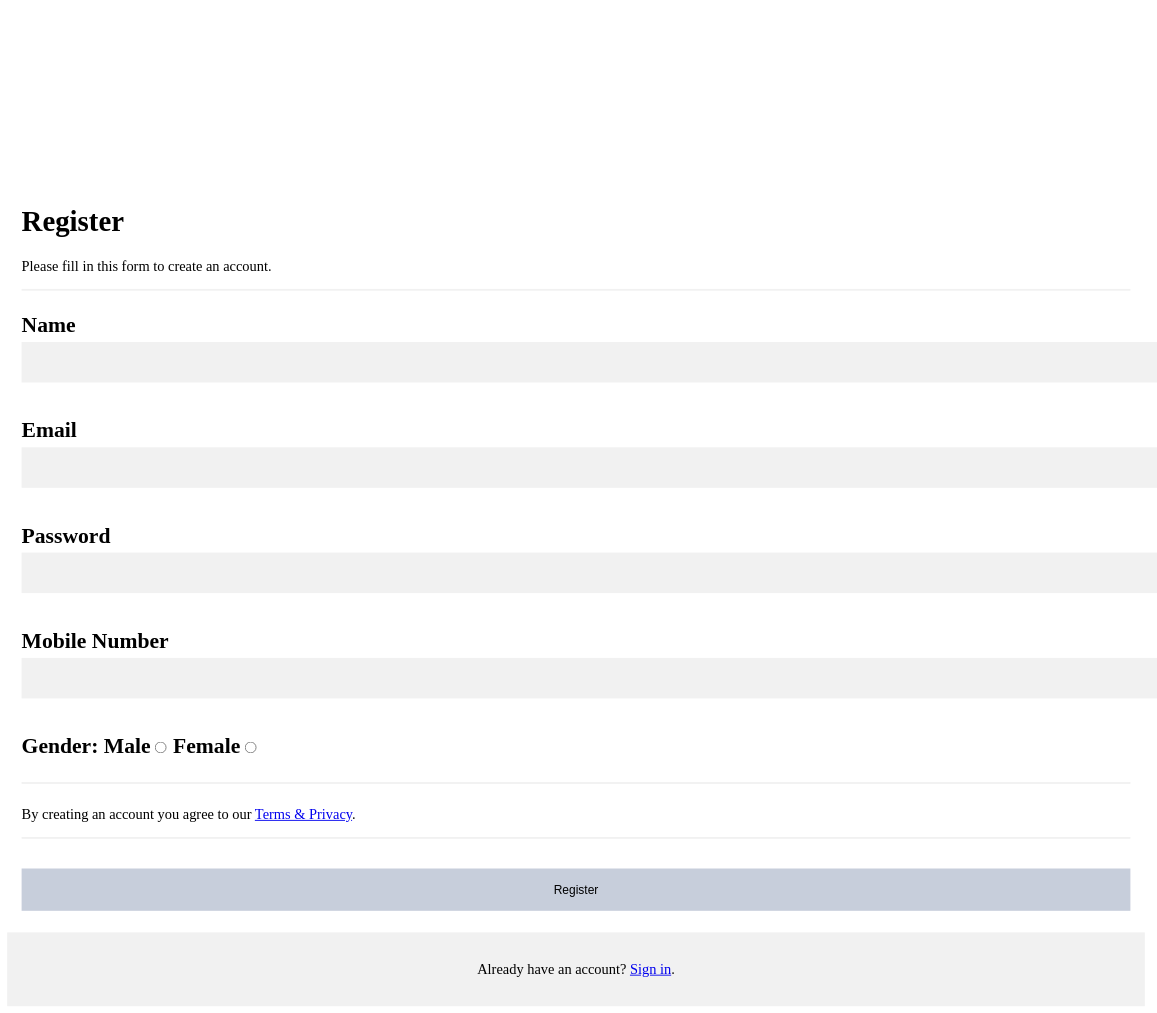
Repository: pavani122/Ecommerce
Page: http://localhost/Ecommerce/WEB-INF/view/register.jsp
An editor plug-in stored every save of this project. The page is shown before and after the next save, followed by the edit.
The browser window is 1280 px wide. The page is 1286 px wide, so the pictures cover 1286 px, including what lies to the right of the window. The pictures show the whole page, at 90% of full size.
The page is served by Tomcat 9. Nobody is signed in. Other server files are loaded and not shown. The template is opened directly, without the code that normally fills it, so the values that code supplies are empty.

Above is the page before, as saved 2022-09-01 13:11:47.

### Ecommerce/src/main/webapp/WEB-INF/view/register.jsp
<%@ page language="java" contentType="text/html; charset=ISO-8859-1"
    pageEncoding="ISO-8859-1"%>
<%@ taglib prefix="form" uri="http://www.springframework.org/tags/form" %>
<%@page isELIgnored="false" %>



<!DOCTYPE html>
<html>
<head>
<meta charset="ISO-8859-1">
<title>register</title>
</head>
<style>
.register{
text-align: center;
}
.container {
  padding: 16px;
  background-color: white;
}
hr {
  border: 1px solid #f1f1f1;
  margin-bottom: 25px;
}
input[type=text], input[type=password] {
  width: 100%;
  padding: 15px;
  margin: 5px 0 22px 0;
  display: inline-block;
  border: none;
  background: #f1f1f1;

}
input[type=text]:focus, input[type=password]:focus {
  background-color: #ddd;
  outline: none;
}
input[type=submit]
{
border: none;
padding: 15px;
text-align: center;
background-color: #c7cedb;
  color: Black;
  padding: 16px 20px;
  margin: 8px 0;
  border: none;
  cursor: pointer;
  width: 100%;
}

#fields{
font-size: x-large;
text-align: left;
}
.signin {
  background-color: #f1f1f1;
  text-align: center;
}
</style>
<body>
<h1>
${message }<br><br>
${notRegistered }<br><br></h1>


<form:form action="registered" modelAttribute="person">
<div class="container">
<h1>Register</h1>
    <p>Please fill in this form to create an account.</p>
    <hr>
<label id="fields"><b>Name</b></label><form:input path="name"/><br><br>
<label id="fields"><b>Email</b></label><form:input path="email"/><br><br>
<label id="fields"><b>Password</b></label><form:password path="password"/><br><br>
<label id="fields"><b>Mobile Number</b></label><form:input path="number"/><br><br>
<label id="fields"><b>Gender: </b></label>
<label id="fields"><b>Male</b></label><form:radiobutton path="gender" value="male"/>
<label id="fields"><b>Female</b></label><form:radiobutton path="gender" value="female"/>
<br><br><hr>
 <p>By creating an account you agree to our <a href="#">Terms & Privacy</a>.</p><hr>
<input type="submit" value="Register">
</div>

 <div class="container signin">
    <p>Already have an account? <a href="/Ecommerce/login">Sign in</a>.</p>
  </div>
</form:form>


</body>
</html>

After the next save:
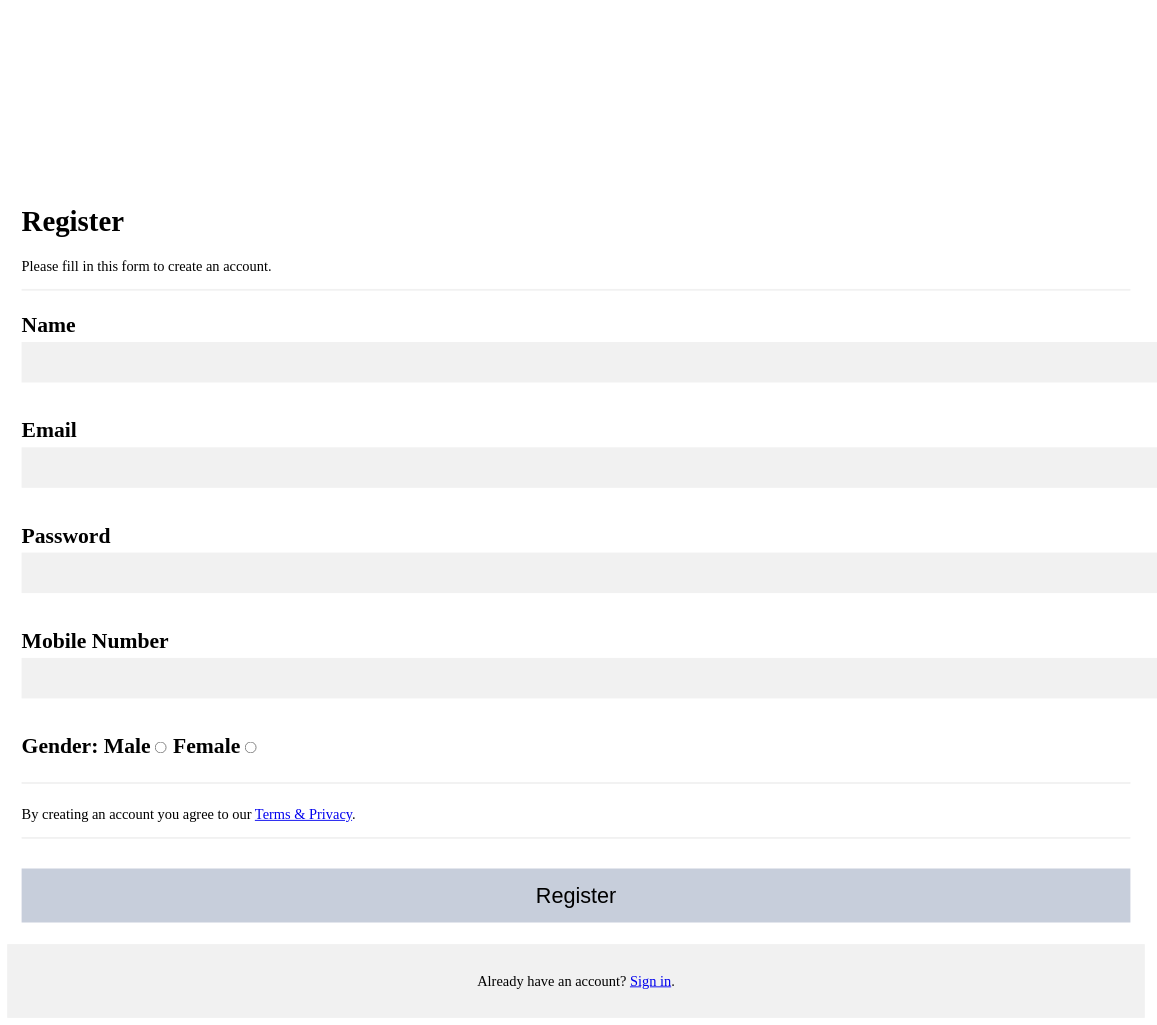
Saved 18 s later.
--- a/Ecommerce/src/main/webapp/WEB-INF/view/register.jsp
+++ b/Ecommerce/src/main/webapp/WEB-INF/view/register.jsp
@@ -43,6 +43,7 @@ padding: 15px;
 text-align: center;
 background-color: #c7cedb;
   color: Black;
+  font-size:x-large;
   padding: 16px 20px;
   margin: 8px 0;
   border: none;
